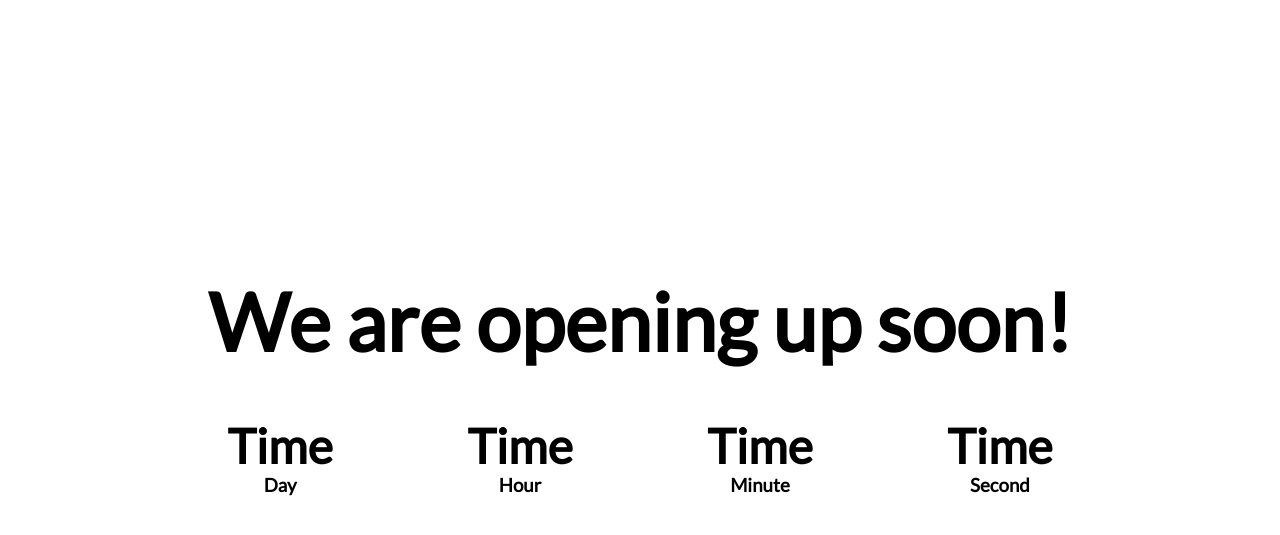
Repository: PratypartyY2K/JavaScript-Projects
Page: Countdown/index.html
The author's editor kept a copy of each file at every save. The page is drawn from the files as they stood at one save, then again after the next save.
The browser window is 1280 px wide. The pictures show the whole page.

Above is the page before, as saved 2021-05-13 16:59:12.

### Countdown/index.html
<!DOCTYPE html>
<html lang="en">

<head>
    <meta charset="UTF-8">
    <meta http-equiv="X-UA-Compatible" content="IE=edge">
    <meta name="viewport" content="width=device-width, initial-scale=1.0">
    <title>Countdown</title>
    <link rel="preconnect" href="https://fonts.gstatic.com">
    <link href="https://fonts.googleapis.com/css2?family=Lato&display=swap" rel="stylesheet">
    <link rel="stylesheet" href="styles.css">
</head>

<body>
    <section class="coming-soon">
        <div>
            <h2>We are opening up soon!</h2>
            <div class="countdown">
                <div class="container-day">
                    <h3 class="day">Time</h3>
                    <h3>Day</h3>
                </div>
                <div class="container-hour">
                    <h3 class="hour">Time</h3>
                    <h3>Hour</h3>
                </div>
                <div class="container-minute">
                    <h3 class="minute">Time</h3>
                    <h3>Minute</h3>
                </div>
                <div class="container-second">
                    <h3 class="second">Time</h3>
                    <h3>Second</h3>
                </div>
            </div>
        </div>
    </section>
    <script src="app.js"></script>
</body>

</html>

### Countdown/styles.css
* {
    margin: 0;
    padding: 0;
    box-sizing: border-box;
}

body {
    font-family: "Lato", sans-serif;
}

h2 {
    font-size: 5rem;
    font-weight: bold;
    padding: 3rem;
}

.coming-soon {
    min-height: 100vh;
    display: flex;
    flex-direction: column;
    align-items: center;
    justify-content: center;
}

.countdown {
    display: flex;
    justify-content: space-around;
    text-align: center;
}

.day,.hour,.minute,.second {
    font-size: 3rem;
}

### Countdown/app.js
const countdown = () => {
    const countDate = new Date('May 17, 2021 00:00:00').getTime();
    const now = new Date().getTime();
    const gap  = countDate - now;

    const second = 1000;
    const minute = second * 60;
    const hour = minute * 60;
    const day = hour * 24;

    const textDay = Math.floor(gap / day);
    const textHour = Math.floor((gap % day)/hour);
    const textMinute = Math.floor((gap % hour)/minute);
    const textSecond = Math.floor((gap % hour)/second);
};

countdown();

After the next save:
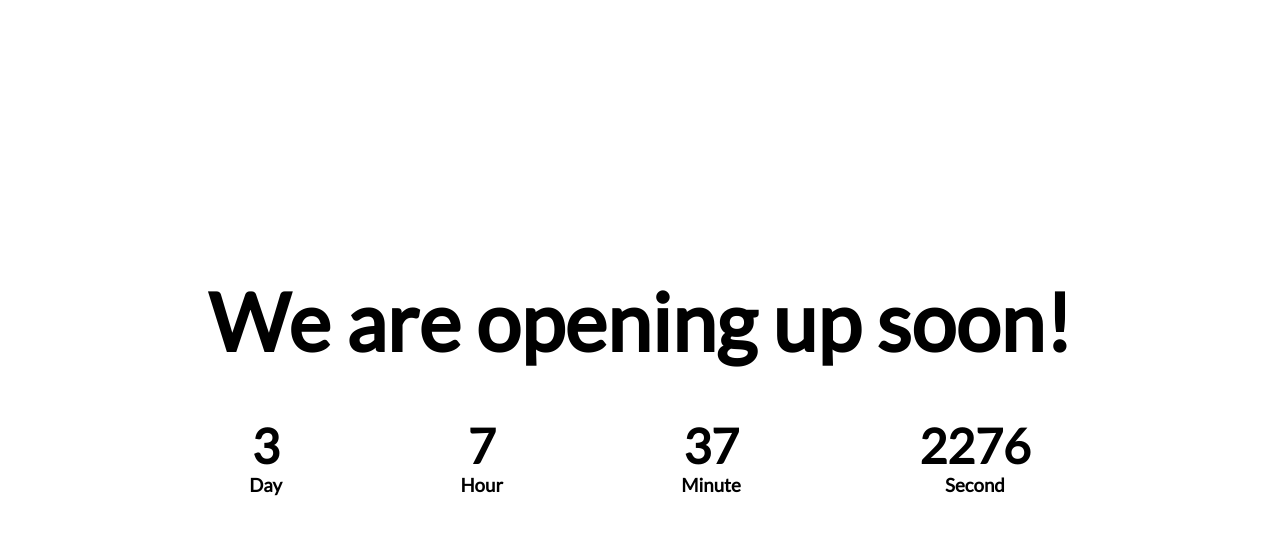
Saved 2 min 58 s later.
--- a/Countdown/app.js
+++ b/Countdown/app.js
@@ -12,6 +12,11 @@ const countdown = () => {
     const textHour = Math.floor((gap % day)/hour);
     const textMinute = Math.floor((gap % hour)/minute);
     const textSecond = Math.floor((gap % hour)/second);
+
+    document.querySelector('.day').innerText = textDay;
+    document.querySelector('.hour').innerText = textHour;
+    document.querySelector('.minute').innerText = textMinute;
+    document.querySelector('.second').innerText = textSecond;
 };
 
-countdown();
+setInterval(countdown, 1000);
